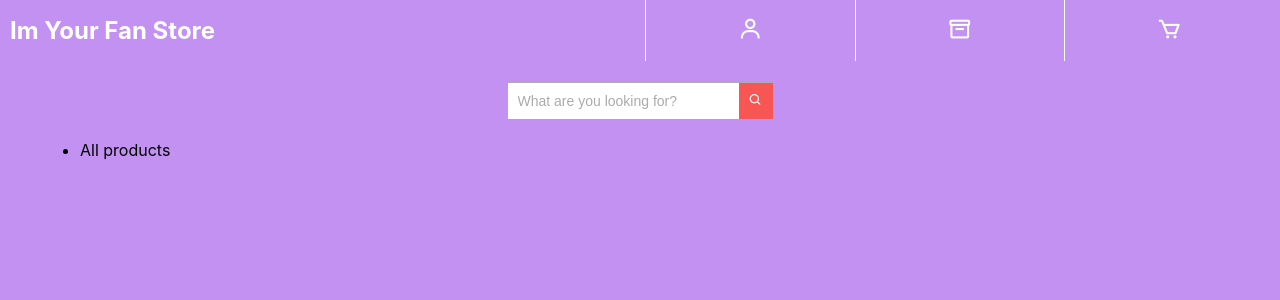
Repository: imyourfan-store/e-commerce
Page: /
An editor plug-in stored every save of this project. The page is shown before and after the next save, followed by the edit.
The browser window is 1280 px wide. The pictures show the whole page.
The page's requests for data from a server got no answer. The project was rebuilt for these pictures with package versions that can differ from the ones it lists, and the page was loaded fresh each time. No one was signed in, and anything a server would have sent is missing. Also part of the build but not shown: vite.config.js, src/components/home/styles/ProductCard.css, src/components/home/ProductCard.jsx, src/pages/styles/Login.css, src/pages/Login.jsx, src/components/productId/styles/ProductInfo.css, src/components/productId/ProductInfo.jsx, src/components/productId/SimilarProducts.jsx and 14 more.

Above is the page before, as saved 2024-11-04 12:03:20.

After the next save:
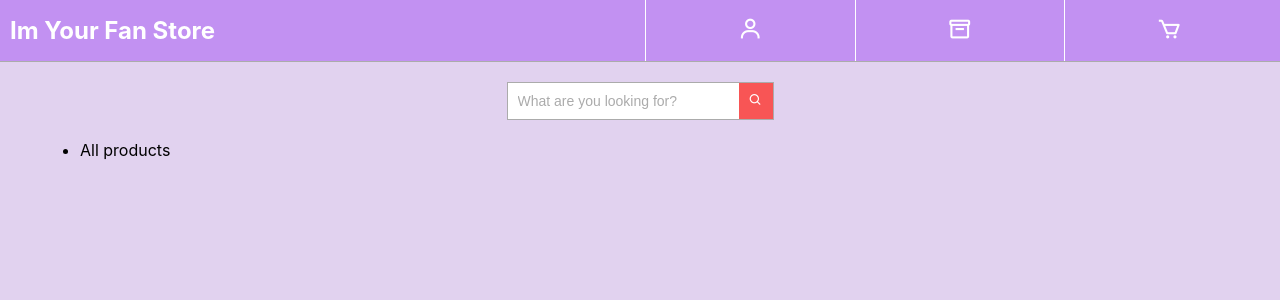
Saved 15 s later.
--- a/src/layout/styles/index.css
+++ b/src/layout/styles/index.css
@@ -1,6 +1,6 @@
 :root {
     --color-lila: #C291F2;
-    --color-lila: #e1d2ef;/* Color lila claro */
+    --color-lilaclaro: #e1d2ef;/* Color lila claro */
     --color-texto: #000000;
     --color-fussia: #D504D9;
     --color-azul: #79C4F2;
@@ -16,5 +16,5 @@
 body {
     margin: 0;
     font-family: Arial, sans-serif; /* Tipo de letra uniforme */
-    background-color: var(--color-lila); /* Usar la variable correctamente */
+    background-color: var(--color-lilaclaro); /* Usar la variable correctamente */
 }
